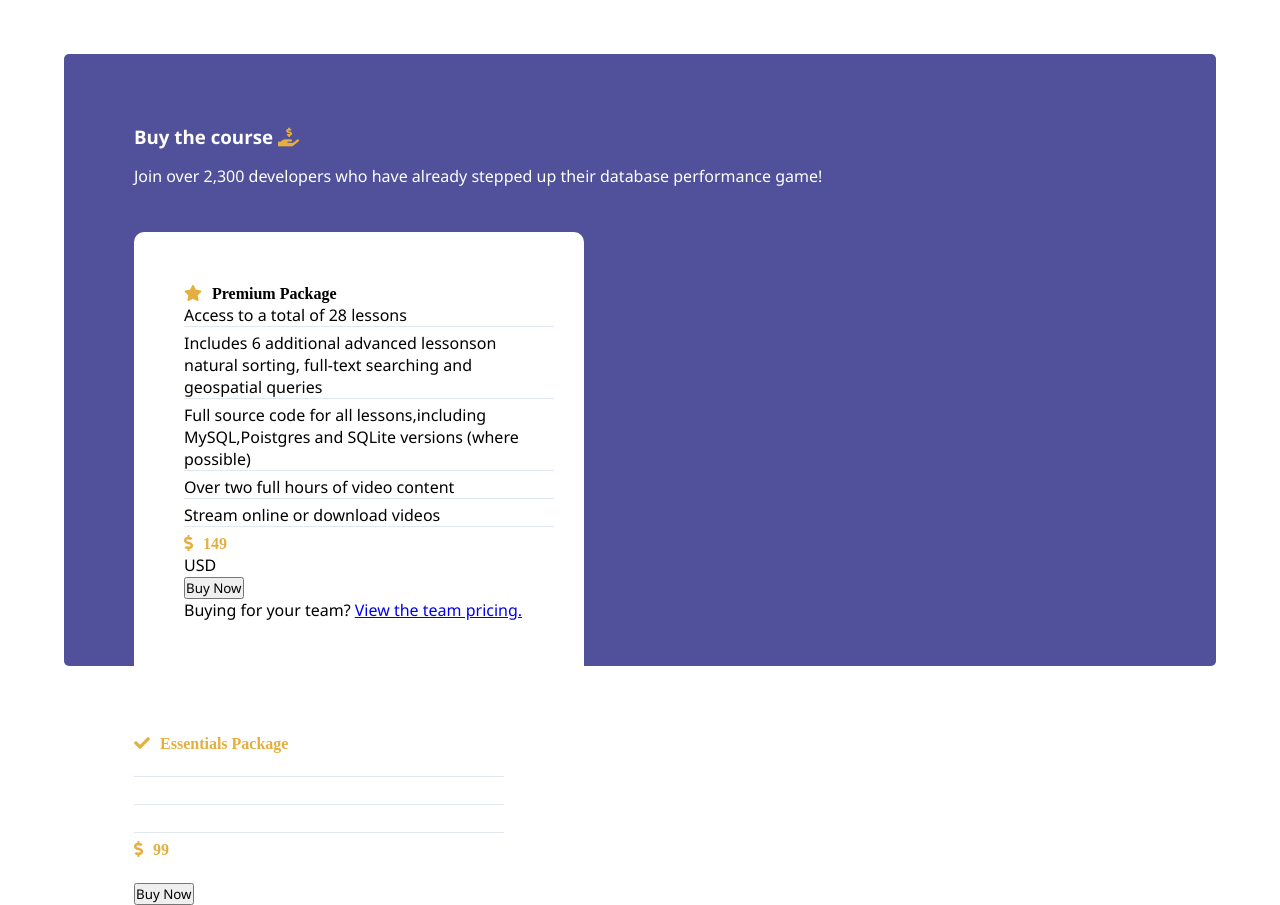
Repository: Z-ayat/Challenges
Page: Challenge 4/index.html
An editor plug-in stored every save of this project. The page is shown before and after the next save, followed by the edit.
The browser window is 1280 px wide. The pictures show the whole page.

Above is the page before, as saved 2021-09-07 01:18:21.

### Challenge 4/index.html
<!DOCTYPE html>

<head>
    <meta charset="UTF-8">
    <title>Course Offer Box</title>
    <link rel="stylesheet" href="styling/css/master.css">
    <link rel="stylesheet" href="styling/css/all.min.css">
    <link rel="preconnect" href="https://fonts.googleapis.com">
    <link rel="preconnect" href="https://fonts.gstatic.com" crossorigin>
    <link href="https://fonts.googleapis.com/css2?family=Cairo:wght@400;600;700;900&display=swap" rel="stylesheet">
</head>

<body>
    <div class="container">
        <div class="layout">
            <div class="head">
                <h3>Buy the course <i class="fas fa-hand-holding-usd" style="color: #FFC83D;"></i></h3>
                <p class="join">Join over 2,300 developers who have already stepped up their database performance game!</p>
            </div>
            <div class="prem-pack">
                <p class="headtitle fas fa-star">Premium Package</p>
                <p class="specs">Access to a total of 28 lessons</p>
                <p class="specs"><span class="import">Includes 6 additional advanced lessons</span>on natural sorting, full-text searching and geospatial queries</p>
                <p class="specs"><span class="import"> Full source code for all lessons,including MySQL,Poistgres and SQLite versions (where possible)</span></p>
                <p class="specs">Over two full hours of video content</p>
                <p class="specs">Stream online or download videos</p>
                <i class="fas fa-dollar-sign">149</i>
                <p class="usd">USD</p>
                <button>Buy Now</button>
                <p>Buying for your team? <a href="#">View the team pricing.</a></p>
            </div>
            <div class="ess-pack">
                <p class="headtitle fas fa-check">Essentials Package</p>
                <p class="specs"><span class="import">Access to the first 22 lessons</span></p>
                <p class="specs">Just under two hours of video content</p>
                <p class="specs">Stream online or download videos</p>
                <i class="fas fa-dollar-sign">99</i>
                <p class="usd">USD</p>
                <button>Buy Now</button>
            </div>
        </div>
</body>

</html>

### Challenge 4/styling/css/master.css
* {
    box-sizing: border-box;
    padding: 0;
    margin: 0;
    font-family: 'Segoe UI', Tahoma, Geneva, Verdana, sans-serif;
}

*::before {
    display: inline-block;
    color: #E5AF40;
    margin-right: 10px;
}

*::after {
    display: inline-block;
    color: #E5AF40;
}

:root {
    --clrbg: #51509B;
    --clrhead: #404B5F;
    --clrprice: #4A5568;
    --clrbodyfont: #FFFFFF;
    --facolor: #E5AF40;
    --packb4bordshdw: #FFEABE;
}

body {
    display: flex;
    justify-content: center;
    align-items: center;
    height: 100vh;
}

.container {
    display: grid;
    width: 90%;
    height: 85%;
    background-color: var(--clrbg);
    border-radius: 5px;
    color: var(--clrbodyfont);
    padding: 70px 70px;
}

.head {
    margin-bottom: 45px;
}

.head h3 {
    margin-bottom: 1rem;
    font-size: 2..5rem;
}

.prem-pack {
    background-color: #FFFFFF;
    height: 500px;
    width: 450px;
    padding: 50px;
    border-radius: 10px;
    -webkit-border-radius: 10px;
    -moz-border-radius: 10px;
    -ms-border-radius: 10px;
    -o-border-radius: 10px;
}

.prem-pack p {
    color: black;
}

.specs {
    width: 35px;
    margin-bottom: 5px;
    overflow-wrap: break-word;
    width: 370px;
    border-bottom: solid 1px #E2E8F0;
}

.fas {
    color: var(--facolor)
}

Loaded but not shown: Challenge 4/styling/css/all.min.css (library)

After the next save:
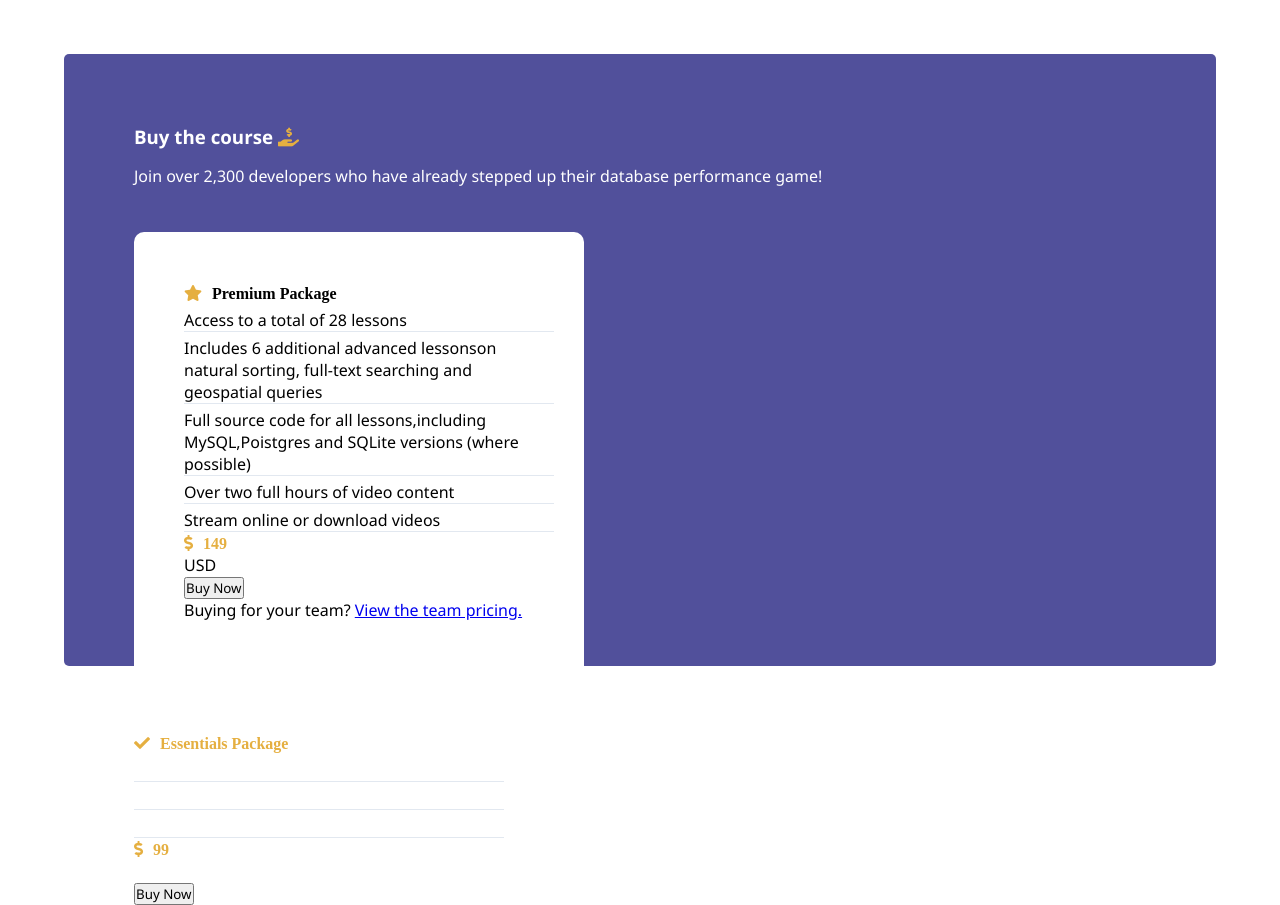
Saved 42 s later.
--- a/Challenge 4/styling/css/master.css
+++ b/Challenge 4/styling/css/master.css
@@ -69,7 +69,7 @@ body {
 
 .specs {
     width: 35px;
-    margin-bottom: 5px;
+    margin-top: 5px;
     overflow-wrap: break-word;
     width: 370px;
     border-bottom: solid 1px #E2E8F0;
